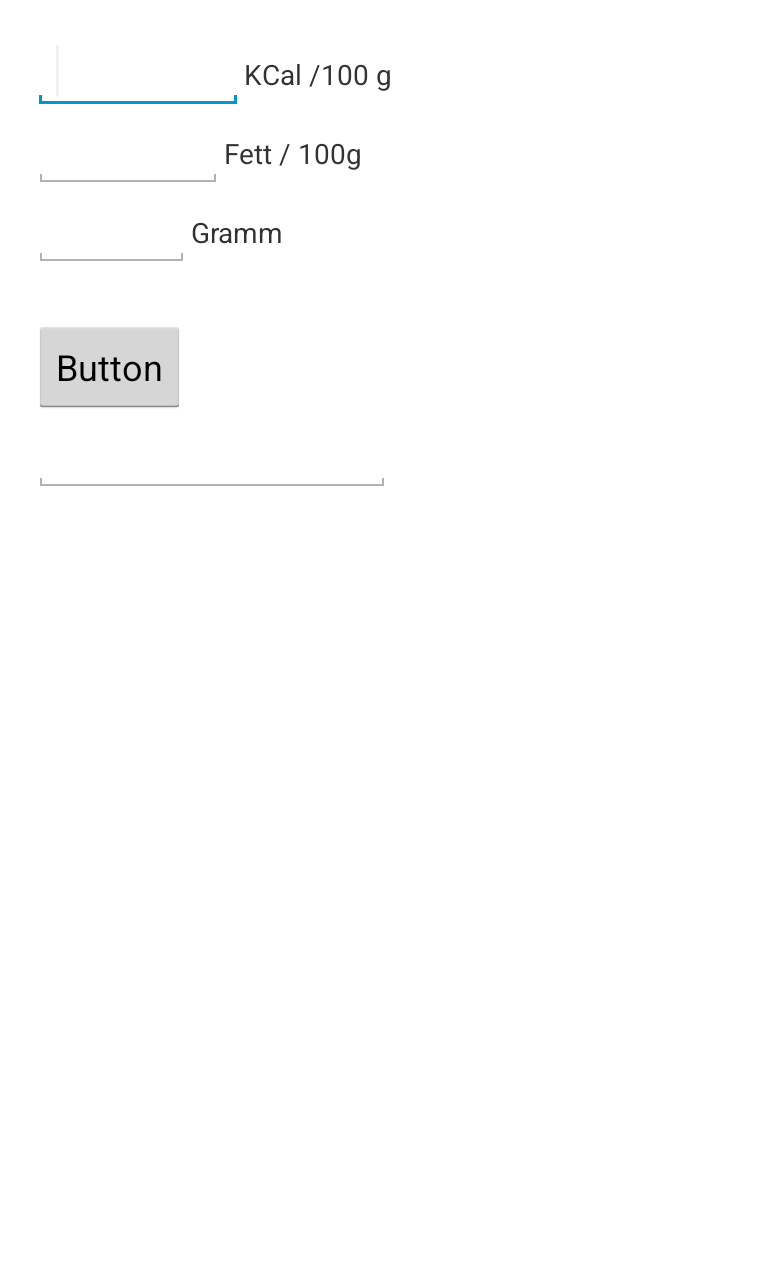
Repository: mikereckhaus/BineWatchers
Layout: BineWatchers/res/layout/activity_main.xml
The author's editor kept a copy of each file at every save. The layout is drawn from the files as they stood at one save, then again after the next save.
It is drawn on a 768 x 1280 px phone screen (xhdpi) without system bars, with theme AppTheme; the app's code is not run.

Above is the layout before, as saved 2014-01-06 21:21:30.

### BineWatchers/res/layout/activity_main.xml
<RelativeLayout xmlns:android="http://schemas.android.com/apk/res/android"
    xmlns:tools="http://schemas.android.com/tools"
    android:layout_width="match_parent"
    android:layout_height="match_parent"
    android:paddingBottom="@dimen/activity_vertical_margin"
    android:paddingLeft="@dimen/activity_horizontal_margin"
    android:paddingRight="@dimen/activity_horizontal_margin"
    android:paddingTop="@dimen/activity_vertical_margin"
    tools:context=".MainActivity" >

    <LinearLayout
        android:id="@+id/linearLayout1"
        android:layout_width="wrap_content"
        android:layout_height="wrap_content"
        android:layout_alignParentTop="true"
        android:orientation="vertical" >

        <LinearLayout
            android:layout_width="wrap_content"
            android:layout_height="wrap_content" >

            <EditText
                android:id="@+id/editTextKCal"
                android:layout_width="106dp"
                android:layout_height="wrap_content"
                android:inputType="numberDecimal" >

                <requestFocus />
            </EditText>

            <TextView
                android:id="@+id/textView1"
                android:layout_width="wrap_content"
                android:layout_height="wrap_content"
                android:layout_weight="1"
                android:text="KCal /100 g" />
        </LinearLayout>

        <LinearLayout
            android:layout_width="match_parent"
            android:layout_height="wrap_content" >

            <EditText
                android:id="@+id/editTextFat"
                android:layout_width="wrap_content"
                android:layout_height="wrap_content"
                android:layout_weight="4.68"
                android:inputType="numberDecimal" />

            <TextView
                android:id="@+id/textView2"
                android:layout_width="wrap_content"
                android:layout_height="wrap_content"
                android:layout_weight="1"
                android:text="Fett / 100g" />
        </LinearLayout>

        <LinearLayout
            android:layout_width="match_parent"
            android:layout_height="wrap_content" >

            <EditText
                android:id="@+id/editTextWeight"
                android:layout_width="wrap_content"
                android:layout_height="wrap_content"
                android:layout_weight="1"
                android:inputType="numberDecimal" />

            <TextView
                android:id="@+id/textView3"
                android:layout_width="wrap_content"
                android:layout_height="wrap_content"
                android:layout_weight="1"
                android:text="Gramm" />

        </LinearLayout>

        <Button
            android:id="@+id/buttonCalculate"
            android:layout_width="wrap_content"
            android:layout_height="wrap_content"
            android:layout_marginTop="25dp"
            android:text="Button" />

        <LinearLayout
            android:layout_width="match_parent"
            android:layout_height="wrap_content" >

            <EditText
                android:id="@+id/editTextPoints"
                android:layout_width="134dp"
                android:layout_height="wrap_content"
                android:layout_weight="1"
                android:ems="10"
                android:inputType="numberDecimal" />

        </LinearLayout>

    </LinearLayout>

</RelativeLayout>

Loaded but not shown: BineWatchers/res/values/styles.xml (common file); BineWatchers/res/values-v11/styles.xml (common file); BineWatchers/res/values-v14/styles.xml (common file); BineWatchers/res/values/dimens.xml (common file)

After the next save:
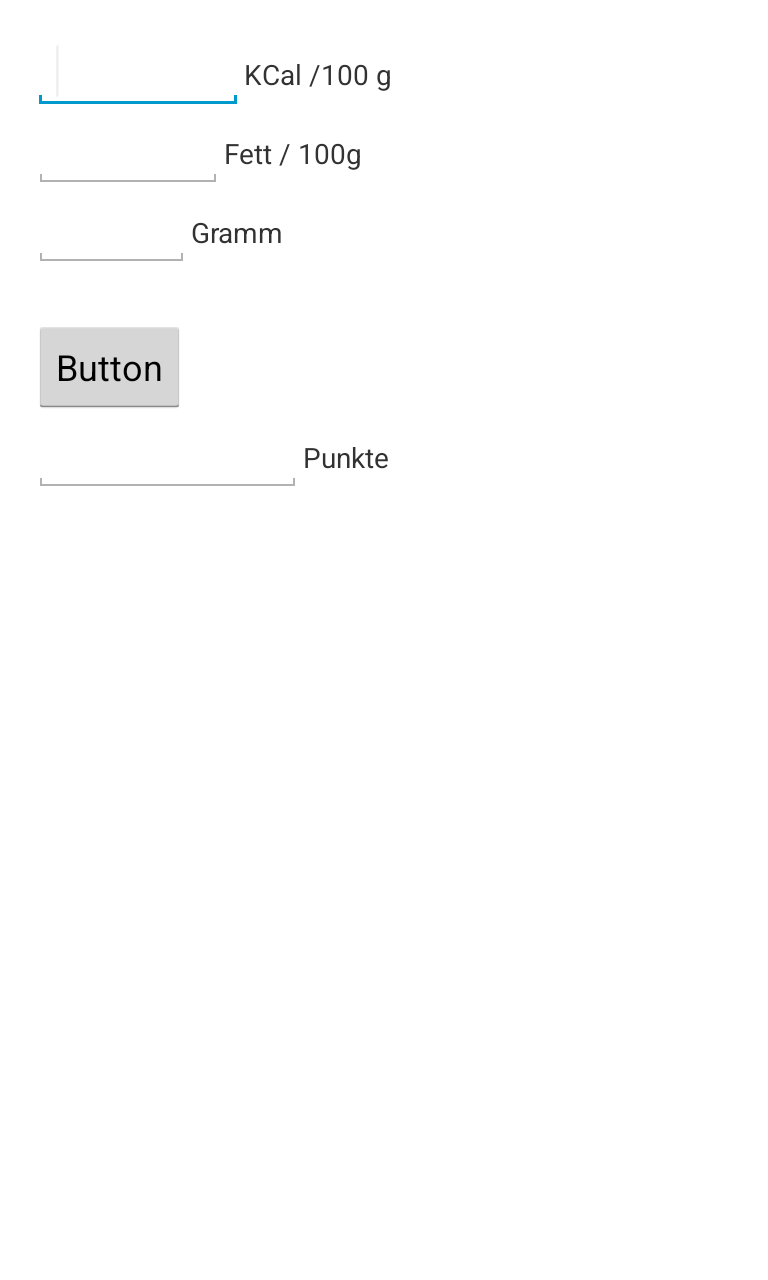
Saved 23 s later.
--- a/BineWatchers/res/layout/activity_main.xml
+++ b/BineWatchers/res/layout/activity_main.xml
@@ -94,6 +94,13 @@
                 android:ems="10"
                 android:inputType="numberDecimal" />
 
+            <TextView
+                android:id="@+id/textView4"
+                android:layout_width="wrap_content"
+                android:layout_height="wrap_content"
+                android:layout_weight="1"
+                android:text="Punkte" />
+
         </LinearLayout>
 
     </LinearLayout>
